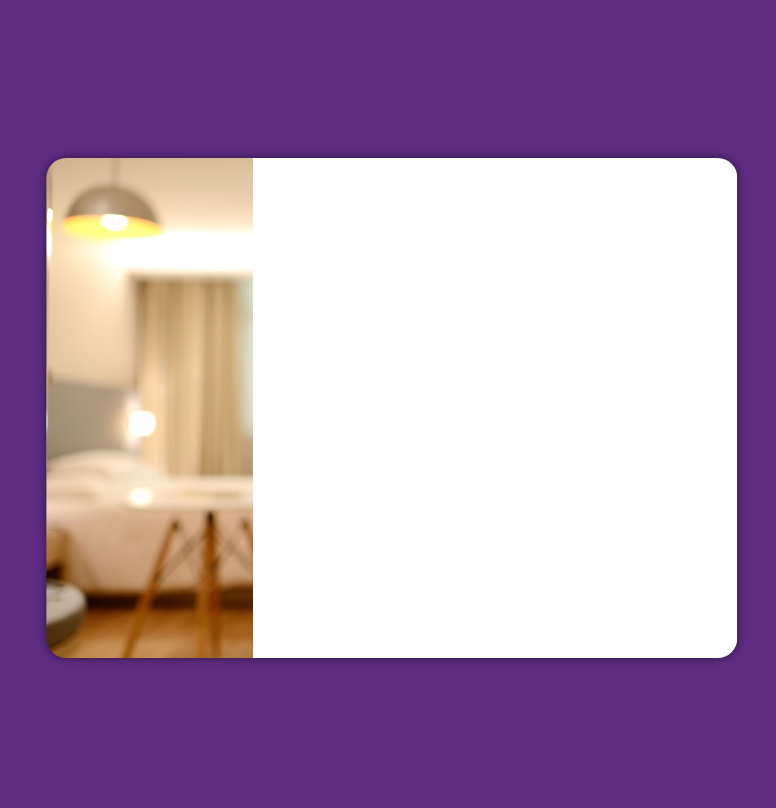
Repository: Guillermomarcon/Projeto-Login
Page: index.html
These files come from the project's save history. The page is drawn as it stood at one moment and after the next save; the edit follows.
The browser window is 768 px wide. The page is 776 px wide, so the pictures cover 776 px, including what lies to the right of the window. The pictures show the whole page.
An inner scrolling area shows only its first screen.

Above is the page before, as saved 2022-09-22 18:39:01.

### index.html
<!DOCTYPE html>
<html lang="pt-br">
<head>
    <meta charset="UTF-8">
    <meta http-equiv="X-UA-Compatible" content="IE=edge">
    <meta name="viewport" content="width=device-width, initial-scale=1.0">
    <title>Login</title>
    <link rel="stylesheet" href="estilos/style.css">
    <link rel="stylesheet" href="estilos/media-query.css">
</head>
<body>
    <main>
        <section id="login">
            <div id="imagem">
            <!--Aqui vai a imagem css-->
            </div>

            <div id="formulario">
                <h1>Login</h1>

                <p>
                    Seja Bem-Vindo(a) ovamente. Faça login para acessar sua conta e poder fazer as configurações no seu ambiente.
                </p>
                <form action="login.php" method="post">


                </form>
            </div>
        </section>
    </main>

</body>
</html>

### estilos/style.css
@charset "utf-8"


/*
Paleta de cores
verde #49a09d
lilas #5f2c82
*/

*{
    font-family:system-ui, -apple-system, BlinkMacSystemFont, 'Segoe UI', Roboto, Oxygen, Ubuntu, Cantarell, 'Open Sans', 'Helvetica Neue', sans-serif;
    padding: 0px;
    margin: 0px;
    box-sizing: border-box;
}

body, html {
    background-color:#5f2c82 ;
    height: 100vh;
    width: 100vw;
}
main {
    position: relative;

    height: 100vh;
    width: 100vw;
}

section#login {
    position: absolute;
    top: 50%;
    left: 50%;
    transform: translate(-50%,-50%);
    background-color:white ;
    width: 250px;
    height: 500px;
    border-radius: 20px;
    overflow: auto;
    box-shadow: 0px 0px 10px rgba(0, 0, 0, 0.527);

}

section#login > div#imagem {
    display: block;
    background: #5f2c82 url(../imagens/pexels-pixabay-271639.jpg) no-repeat;
    background-size: cover;
    background-position: left bottom ;
    height: 200px;

}

section#login > div#formulario {
    display: block;
    padding: 10px;

}

### estilos/media-query.css
@charset "UTF-8";

/*
Typical Device Breakpoints
pequenas telas - até 600px
celular- de 600px até 768px
Tablet - 768px até 992px
Desktop - 992px até 1200px
Grandes - acoma de 1200px
*/

@media screen and (min-width: 768px) and (max-width: 992px) {
    section#login {
        width: 90vw;
    }

    section#login > div#imagem {
        float: left;
        width: 30%;
        height: 100%;
    }

    section#login > div#formulario {
        float: right;
        width: 70%;
    }

}

After the next save:
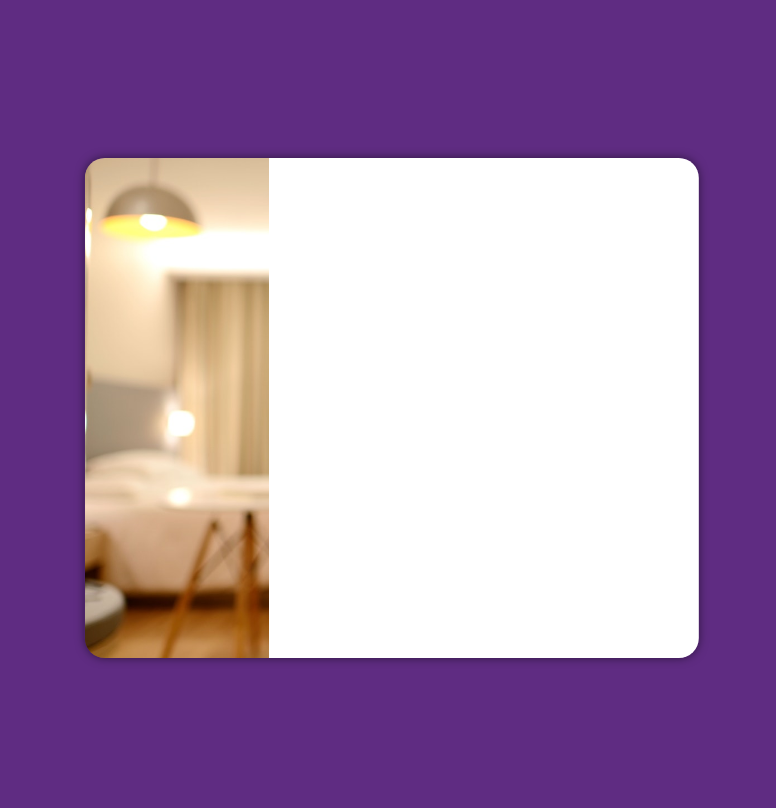
Saved 24 s later.
--- a/estilos/media-query.css
+++ b/estilos/media-query.css
@@ -11,7 +11,7 @@ Grandes - acoma de 1200px
 
 @media screen and (min-width: 768px) and (max-width: 992px) {
     section#login {
-        width: 90vw;
+        width: 80vw;
     }
 
     section#login > div#imagem {
